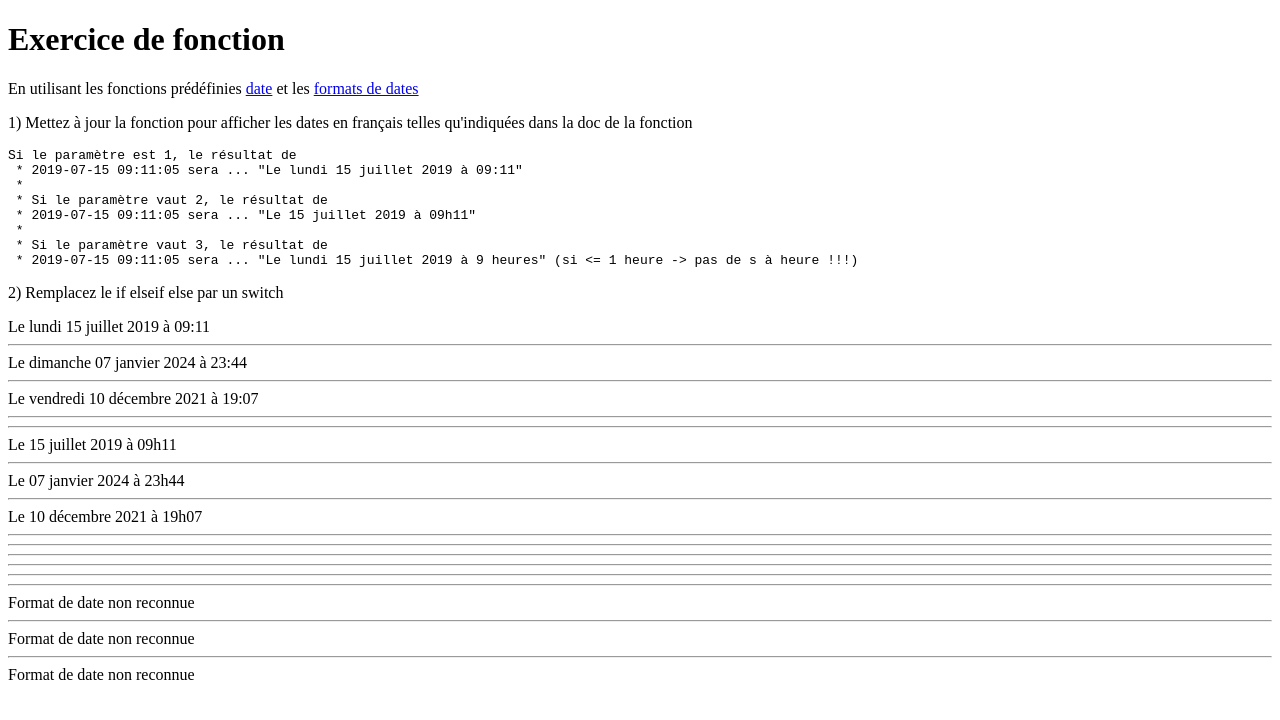
Repository: WebDevCF2m2021/base-php-2021
Page: http://localhost/20-dates-en-francais.php
These files come from the project's save history. The page is drawn as it stood at one moment and after the next save; the edit follows.
The browser window is 1280 px wide. The pictures show the whole page.
The page is run by PHP 8.4 with error messages shown; the project is at /var/www/html/.

Above is the page before, as saved 2021-09-20 18:25:19.

### 20-dates-en-francais.php
<?php

/**
 * frenchDate
 *
 * Permet de transformer une date au format datetime (en français YYYY-MM-JJ HH:MM:SS - en date("Y-m-d H:i/s"))
 *
 * Si le paramètre est 1, le résultat de
 * 2019-07-15 09:11:05 sera ... "Le lundi 15 juillet 2019 à 09:11"
 *
 * Si le paramètre vaut 2, le résultat de
 * 2019-07-15 09:11:05 sera ... "Le 15 juillet 2019 à 09h11"
 *
 * Si le paramètre vaut 3, le résultat de
 * 2019-07-15 09:11:05 sera ... "Le lundi 15 juillet 2019 à 9 heures" (si <= 1 heure -> pas de s à heure !!!)
 *
 * @param  String $date
 * @return String
 */
function frenchDate($date,$format=1){

    // sortie
    $out="";

    // Les jours en français
    $joursTab = ["dimanche","lundi","mardi","mercredi","jeudi","vendredi","samedi"];

    // Les mois en français, on le fait commencer à 1, car l'expression "n" de date nous donne les mois de 1 (janvier) à 12 (décembre)
    $moisTab = [1=>"janvier","février","mars","avril","mai","juin","juillet","août","septembre","octobre","novembre","décembre"];

    // transformation de la date en Timestamp (secondes depuis le 1/1/1970 )
    $date = strtotime($date);
    // A transformer en switch
    if($format===1){
        $out.="Le "
                .$joursTab[date("w",$date)]." " // jour de la semaine en français
                .date("d",$date)." " // chiffre du jour
                .$moisTab[date("n",$date)]." " // mois en français
                .date("Y à H:i",$date); // année / heures / minutes
    }elseif($format===2){
        $out.="Le "
        .date("d",$date)." " // chiffre du jour
        .$moisTab[date("n",$date)]." " // mois en français
        .date("Y à H\hi",$date); // année / heures / minutes
    }elseif($format===3){

    }else{
         return "Format de date non reconnue";
    }
    return $out;
}

// date en datetime
$date1 = "2019-07-15 09:11:05";
$date2 = "2024-01-07 23:44:17";
$date3 = "2021-12-10 19:07:17";


?>
<!DOCTYPE html>
<html lang="en">
<head>
    <meta charset="UTF-8">
    <meta http-equiv="X-UA-Compatible" content="IE=edge">
    <meta name="viewport" content="width=device-width, initial-scale=1.0">
    <title>Exercice</title>
</head>
<body>
    <h1>Exercice de fonction</h1>
    <p>En utilisant les fonctions prédéfinies <a href="https://www.php.net/manual/fr/function.date.php" target="_blank">date</a> et les <a href="https://www.php.net/manual/fr/datetime.format.php" target="_blank" rel="noopener noreferrer">formats de dates</a>   </p>
    <p>1) Mettez à jour la fonction pour afficher les dates en français telles qu'indiquées dans la doc de la fonction</p>
    <pre>Si le paramètre est 1, le résultat de
 * 2019-07-15 09:11:05 sera ... "Le lundi 15 juillet 2019 à 09:11"
 *
 * Si le paramètre vaut 2, le résultat de
 * 2019-07-15 09:11:05 sera ... "Le 15 juillet 2019 à 09h11"
 *
 * Si le paramètre vaut 3, le résultat de
 * 2019-07-15 09:11:05 sera ... "Le lundi 15 juillet 2019 à 9 heures" (si <= 1 heure -> pas de s à heure !!!)</pre>
    <p>2) Remplacez le if elseif else par un switch</p>
   <?php
   echo frenchDate($date1);
   echo "<hr>";
   echo frenchDate($date2);
   echo "<hr>";
   echo frenchDate($date3);
   echo "<hr><hr>";
   echo frenchDate($date1,2);
   echo "<hr>";
   echo frenchDate($date2,2);
   echo "<hr>";
   echo frenchDate($date3,2);
   echo "<hr><hr>";
   echo frenchDate($date1,3);
   echo "<hr>";
   echo frenchDate($date2,3);
   echo "<hr>";
   echo frenchDate($date3,3);
   echo "<hr><hr>";
   echo frenchDate($date1,4);
   echo "<hr>";
   echo frenchDate($date2,4);
   echo "<hr>";
   echo frenchDate($date3,4);
   ?>
</body>
</html>

After the next save:
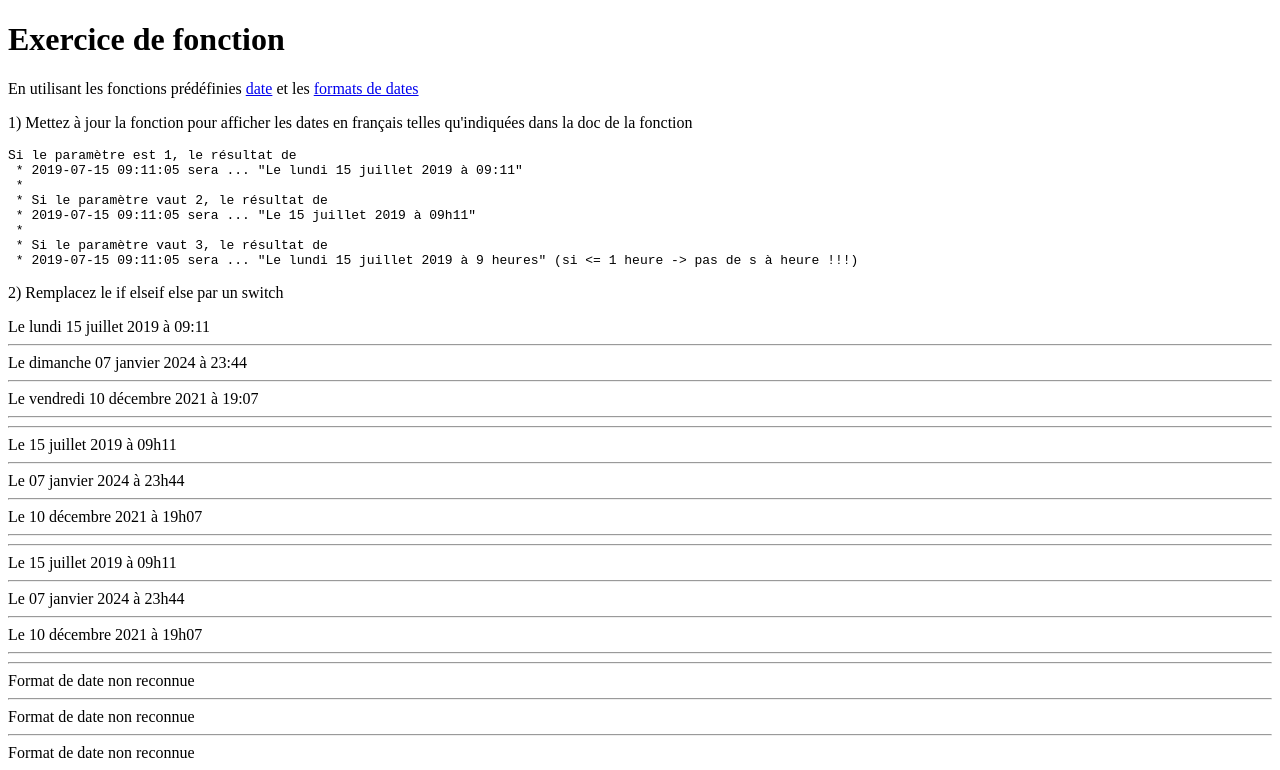
Saved 46 s later.
--- a/20-dates-en-francais.php
+++ b/20-dates-en-francais.php
@@ -43,7 +43,10 @@ function frenchDate($date,$format=1){
         .$moisTab[date("n",$date)]." " // mois en français
         .date("Y à H\hi",$date); // année / heures / minutes
     }elseif($format===3){
-
+        $out.="Le "
+        .date("d",$date)." " // chiffre du jour
+        .$moisTab[date("n",$date)]." " // mois en français
+        .date("Y à H\hi",$date); // année / heures / minutes
     }else{
          return "Format de date non reconnue";
     }
